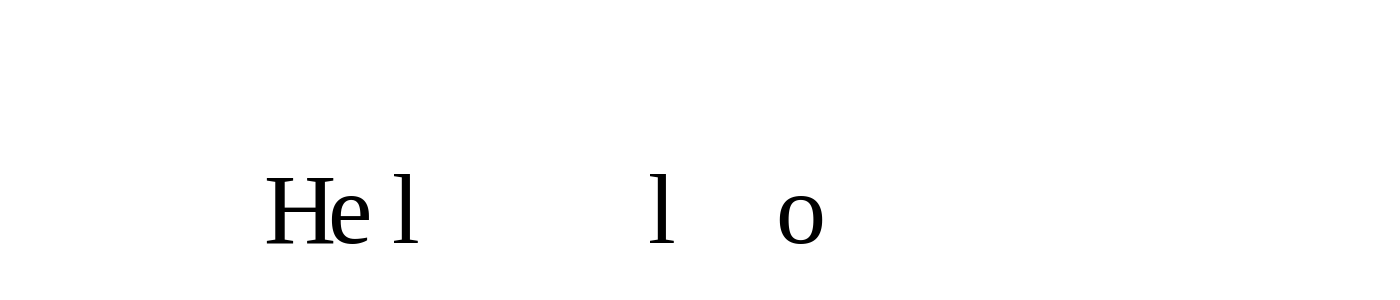
Repository: julihocc/javascript-interview-practice
Page: 01 HTML CSS/Exercise 75/index.html
The author's editor kept a copy of each file at every save. The page is drawn from the files as they stood at one save, then again after the next save.
The browser window is 1280 px wide. The page is 1400 px wide, so the pictures cover 1400 px, including what lies to the right of the window. The pictures show the whole page.

Above is the page before, as saved 2022-09-30 00:23:52.

### 01 HTML CSS/Exercise 75/index.html

<!DOCTYPE html>
<!--[if lt IE 7]>      <html class="no-js lt-ie9 lt-ie8 lt-ie7"> <![endif]-->
<!--[if IE 7]>         <html class="no-js lt-ie9 lt-ie8"> <![endif]-->
<!--[if IE 8]>         <html class="no-js lt-ie9"> <![endif]-->
<!--[if gt IE 8]>      <html class="no-js"> <!--<![endif]-->
<html>
    <head>
        <meta charset="utf-8">
        <meta http-equiv="X-UA-Compatible" content="IE=edge">
        <title></title>
        <meta name="description" content="">
        <meta name="viewport" content="width=device-width, initial-scale=1">
        <link rel="stylesheet" href="./style.css">
    </head>
    <body>
        <div class="wrapper">
            <div class="letter" id="l1">H</div>
            <div class="letter" id="l2">e</div>
            <div class="letter" id="l3">l</div>
            <div class="letter" id="l4">l</div>
            <div class="letter" id="l5">o</div>
        </div>
        <script src="" async defer></script>
    </body>
</html>

### 01 HTML CSS/Exercise 75/style.css
.wrapper {
    position: relative;
    left: 10vw;
    /* font-size:  100px; */
}

.letter{
    position: absolute;
    font-size: 100px;
    top: 20vh;
}

.letter:hover {
    position: absolute;
    font-size: 300px;
    top: 5vh;
}

#l1, #l1:hover {
    left: 10vw;
}

#l2, #l2:hover {
    left: 15vw;
}

#l3, #l3:hover {
    left: 20vw;
}

#l4, #l4:hover {
    left: 40vw;
}

#l5, #l5:hover {
    left: 50vw;
}

After the next save:
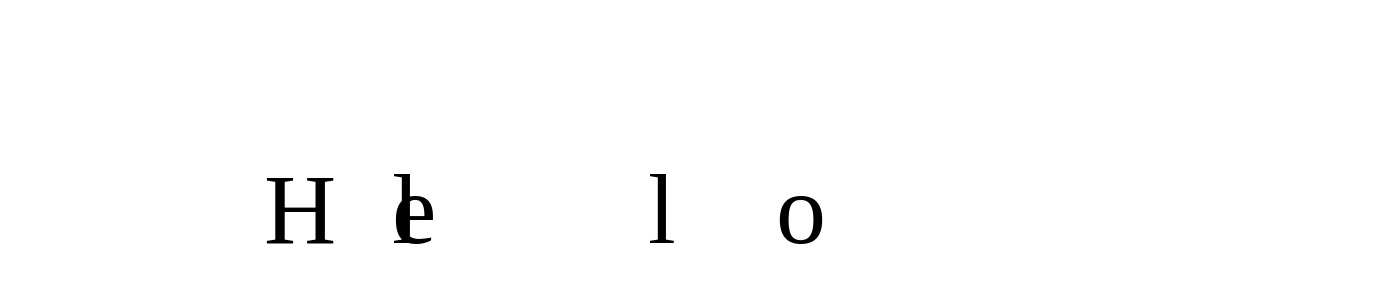
Saved 15 s later.
--- a/01 HTML CSS/Exercise 75/style.css
+++ b/01 HTML CSS/Exercise 75/style.css
@@ -21,7 +21,7 @@
 }
 
 #l2, #l2:hover {
-    left: 15vw;
+    left: 20vw;
 }
 
 #l3, #l3:hover {
